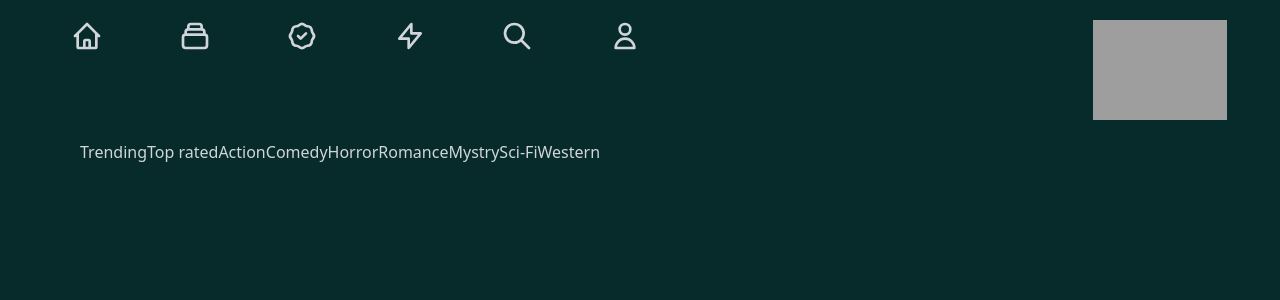
Repository: husainmamuwala/hulu-clone
Page: /
These files come from the project's save history. The page is drawn as it stood at one moment and after a run of saves; the edit follows.
The browser window is 1280 px wide. The pictures show the whole page.
Pictures or frames that could not be fetched are drawn as grey boxes. The project was rebuilt for these pictures with package versions that can differ from the ones it lists, and the page was loaded fresh each time. The framework's server and built-in components were replaced by stand-ins that run in the browser. Also part of the build but not shown: next.config.js.

Above is the page before, as saved 2022-08-08 00:16:07.

After the next 2 saves:
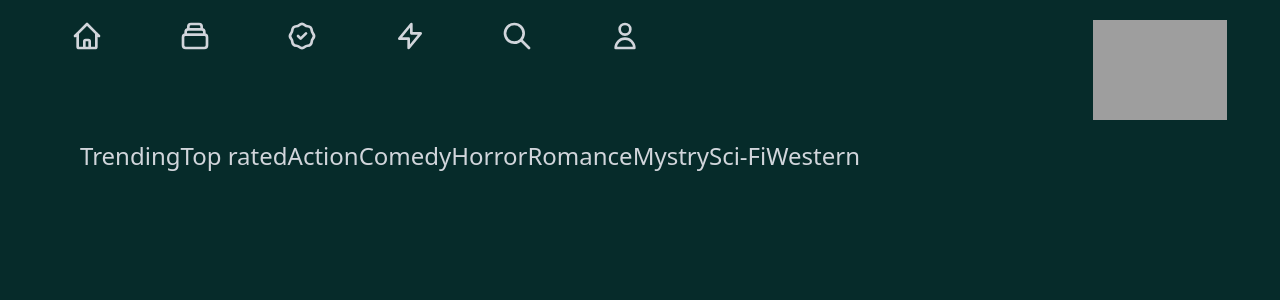
The 2 saves are shown as one change because they came seconds apart.
The last was saved 48 s later.
--- a/components/Nav.js
+++ b/components/Nav.js
@@ -3,7 +3,7 @@ import requests from '../utils/requests'
 
 function Nav() {
   return (
-    <div className='flex px-10 sm:px-20'>
+    <div className='flex px-10 sm:px-20 text-2xl'>
         {Object.entries(requests).map(([key,{title,url}]) =>
         <h2 key={key} className="cursor-pointer transition duration-100
         hover:scale-125 hover:text-white active:text-red-500">{title}</h2>
